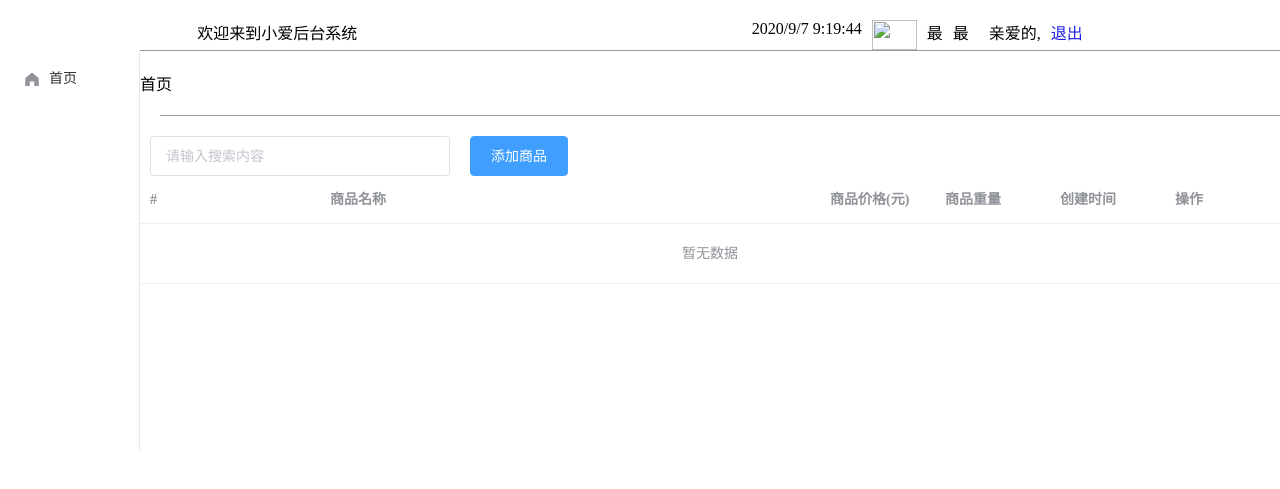
Repository: wujingwenwu/system
Page: /goods/goods
These files come from the project's save history. The page is drawn as it stood at one moment and after the next save; the edit follows.
The browser window is 1280 px wide. The pictures show the whole page.
The page's requests for data from a server got no answer. The project was rebuilt for these pictures with package versions that can differ from the ones it lists, and the page was loaded fresh each time. No one was signed in, and anything a server would have sent is missing. Also part of the build but not shown: vue.config.js, src/views/Home.vue.

Above is the page before, as saved 2020-09-07 11:33:46.

After the next save:
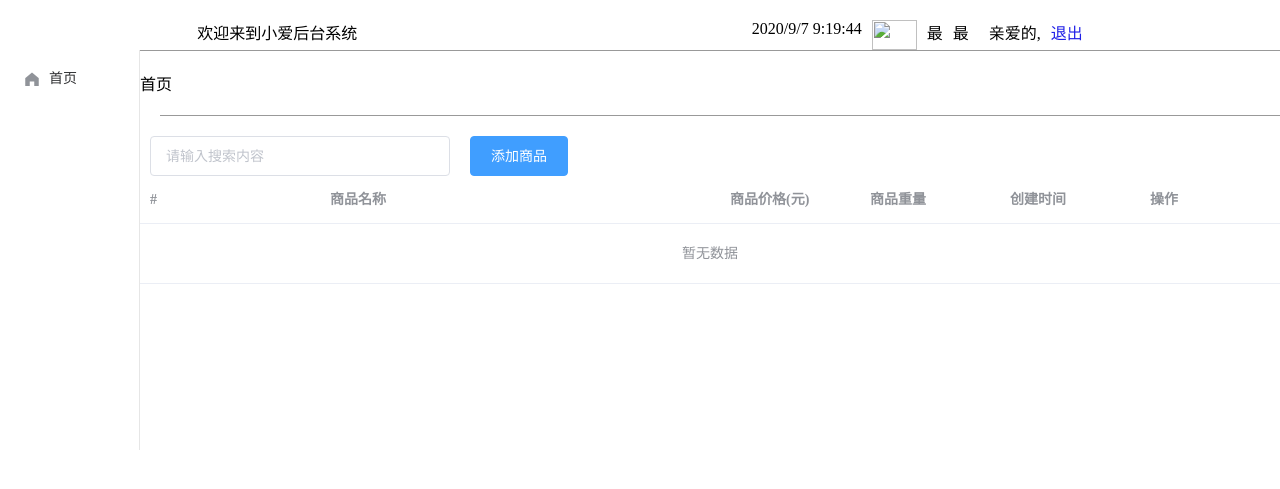
Saved 8 s later.
--- a/src/views/goods/Goods.vue
+++ b/src/views/goods/Goods.vue
@@ -23,7 +23,7 @@
       <el-table-column
         prop="goods_name"
         label="商品名称"
-        width="500">
+        width="400">
       </el-table-column>
       <el-table-column
         prop="goods_price"
